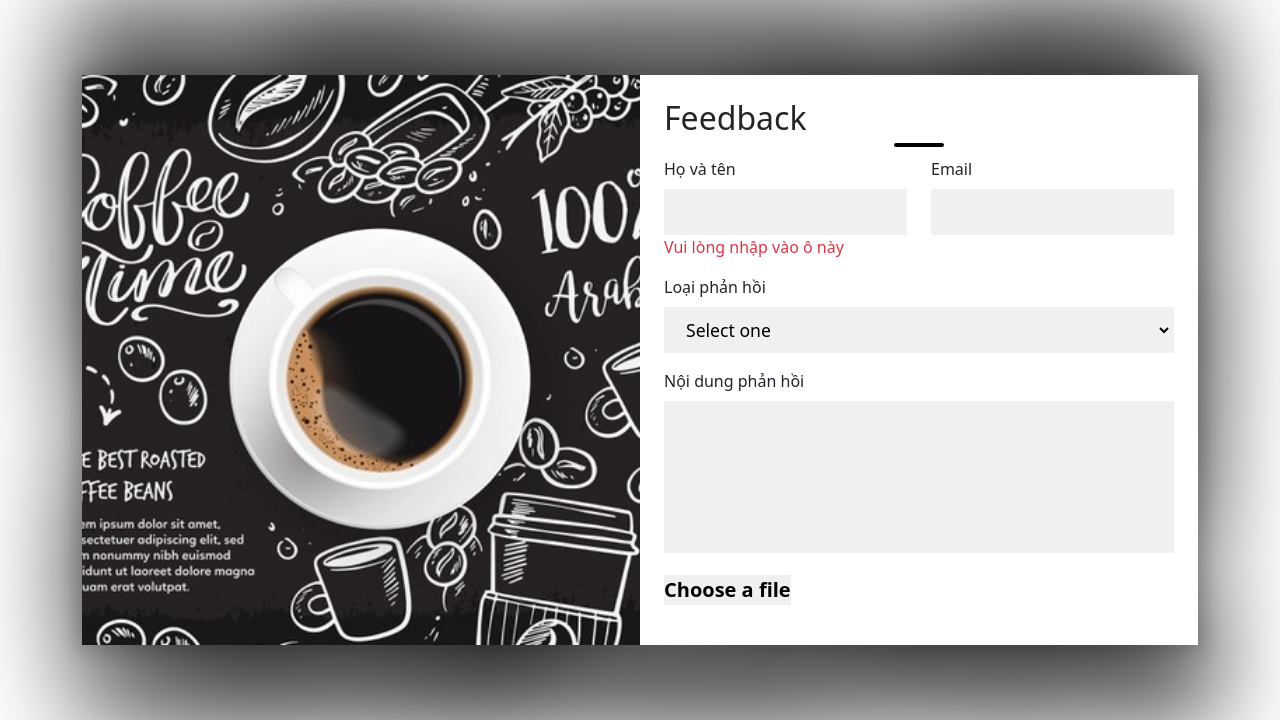
Repository: LeDongGyC/html-css
Page: HTML CSS/prototype/index.html
An editor plug-in stored every save of this project. The page is shown before and after a run of saves, followed by the edit.
The browser window is 1280 px wide. The pictures show the whole page.
The style sheet was rebuilt from its Sass, Less or Tailwind sources for each picture, by a compiler version that may differ from the author's.

Above is the page before, as saved 2023-05-24 10:46:46.

### HTML CSS/prototype/index.html
<!doctype html>
<html lang="en">

<head>
  <title>Title</title>
  <!-- Required meta tags -->
  <meta charset="utf-8">
  <meta name="viewport" content="width=device-width, initial-scale=1, shrink-to-fit=no">
  <link rel="stylesheet" href="style.css">
  <link rel="stylesheet" href="reset.css">
  <!-- <script src="index.js"></script> Bootstrap CSS v5.2.1 -->
  <script>
    var inputs = document.querySelectorAll('.inputfile');
    Array.prototype.forEach.call(inputs, function (input) {
      var label = input.nextElementSibling,
        labelVal = label.innerHTML;
      input.addEventListener('change', function (e) {
        var fileName = '';
        if (this.files && this.files.length > 1)
          fileName = (this.getAttribute('data-multiple-caption') || '').replace('{count}', this.files.length);
        else
          fileName = e.target.value.split('\\').pop();

        if (fileName)
          label.querySelector('span').innerHTML = fileName;
        else
          label.innerHTML = labelVal;
      });
    });
  </script>
  <link href="https://cdn.jsdelivr.net/npm/bootstrap@5.2.1/dist/css/bootstrap.min.css" rel="stylesheet"
    integrity="sha384-iYQeCzEYFbKjA/T2uDLTpkwGzCiq6soy8tYaI1GyVh/UjpbCx/TYkiZhlZB6+fzT" crossorigin="anonymous">

</head>

<body>
  <div class="container">
    <div class="feedback-box">
      <div class="feedback-box_left"></div>
      <div class="feedback-box_right">
        <h2 class="feedback-box_right-title">Feedback</h2>
        <div class="row">
          <div class="mb-3 col-md-6">
            <label for="name" class="form-label">Họ và tên</label>
            <input type="text" class=" feedback-box_right-item" name="" id="name" aria-describedby="helpId"
              placeholder="">
              <span class="text-danger">Vui lòng nhập vào ô này</span>
          </div>
          <div class="mb-3 col-md-6">
            <label for="email" class="form-label">Email</label>
            <input type="text" class=" feedback-box_right-item" name="" id="email" aria-describedby="helpId"
              placeholder="">
          </div>
        </div>

        <div class="mb-3">
          <label for="typeFeedback" class="form-label">Loại phản hồi</label>
          <select class="feedback-box_right-item " name="" id="typeFeedback">
            <option selected disabled>Select one</option>
            <option value="" class="feedback-box_right-item-selected">Option 1</option>
            <option value="" class="feedback-box_right-item-selected">Option 2</option>
            <option value="" class="feedback-box_right-item-selected">Option 3</option>
          </select>
        </div>
        <div class="mb-3">
          <label for="feedback" class="form-label">Nội dung phản hồi</label>
          <textarea type="" class=" feedback-box_right-item" name="" id="feedback" aria-describedby="helpId"
            placeholder="" rows="5"></textarea>
        </div>
        <div class="mb-3">
          <input type="file" name="file" id="file" class="inputfile" data-multiple-caption="{count} files selected"
            multiple />
          <label for="file">Choose a file</label>
        </div>
      </div>
    </div>
  </div>
  <!-- Bootstrap JavaScript Libraries -->
  <!-- <script src="https://cdn.jsdelivr.net/npm/@popperjs/core@2.11.6/dist/umd/popper.min.js"
    integrity="sha384-oBqDVmMz9ATKxIep9tiCxS/Z9fNfEXiDAYTujMAeBAsjFuCZSmKbSSUnQlmh/jp3" crossorigin="anonymous">
    </script>

  <script src="https://cdn.jsdelivr.net/npm/bootstrap@5.2.1/dist/js/bootstrap.min.js"
    integrity="sha384-7VPbUDkoPSGFnVtYi0QogXtr74QeVeeIs99Qfg5YCF+TidwNdjvaKZX19NZ/e6oz" crossorigin="anonymous">
    </script> -->
</body>

</html>

### HTML CSS/prototype/style.scss
* {
  box-sizing: border-box;
}
html {
  font-size: 62.5%;
}
body {
  font-size: 1.6rem;
  font-family: "Arial", sans-serif;
  font-weight: normal;
  height: 100vh;
  width: 100%;
}
.container {
  position: relative;
  width: 100%;
  height: 100%;
  display: flex;
  justify-content: center;
  align-items: center;
  padding: 2rem 10rem;
  &::after {
    position: sticky;
    content: "";
    position: absolute;
    width: 100%;
    height: 100%;
    left: 0;
    top: 0;
    background: url("cafe.jpg") no-repeat center;
    background-size: cover;
    filter: blur(50px);
    z-index: -1;
  }
}
.feedback-box {
  max-width: 85rem;
  // min-width: 70vw;
  display: grid;
  grid-template-columns: repeat(2, 1fr);
  justify-content: center;
  // align-items: center;
  // text-align: center;
  background-color: #fff;
  box-shadow: 0px 0px 19px 5px rgba(0, 0, 0, 0.19);
  &_left {
    background: url("cafe.jpg") no-repeat center;
    display: block;
    background-size: cover;
    // object-fit: cover;
    height: 100%;
  }
  &_right {
    padding: 1.5rem;
    &-title {
      position: relative;
      padding: 0 0 10px;
      margin-bottom: 10px;
      &::after {
        content: "";
        position: absolute;
        left: 50%;
        bottom: 0;
        transform: translateX(-50%);
        height: 4px;
        width: 50px;
        border-radius: 2px;
        background-color: black;
      }
    }
    &-item {
      width: 100%;
      border: 2px solid rgba(0, 0, 0, 0);
      outline: none;
      background-color: rgba(230, 230, 230, 0.6);
      padding: 0.5rem 1rem;
      font-size: 1.1rem;
      //   margin-bottom: 22px;
      transition: 0.3s;
      &:hover {
        background-color: rgba(0, 0, 0, 0.1);
      }
      &:focus {
        border: 2px solid rgba(30, 85, 250, 0.47);
        background-color: #fff;
      }
      &:last-child {
        resize: none;
      }
    }
  }
}
.inputfile {
  width: 0.1px;
  height: 0.1px;
  opacity: 0;
  overflow: hidden;
  position: absolute;
  z-index: -1;
}
.inputfile + label {
  font-size: 1.25em;
  font-weight: 700;
  color: black;
  background-color: rgba(230, 230, 230, 0.6);
  display: inline-block;
  cursor: pointer;
}

.inputfile:focus + label,
.inputfile + label:hover {
  color: rgba(30, 85, 250, 0.47);
  background-color: rgba(0, 0, 0, 0.1);
}

Loaded but not shown: HTML CSS/prototype/reset.css (common file)

After the next 5 saves:
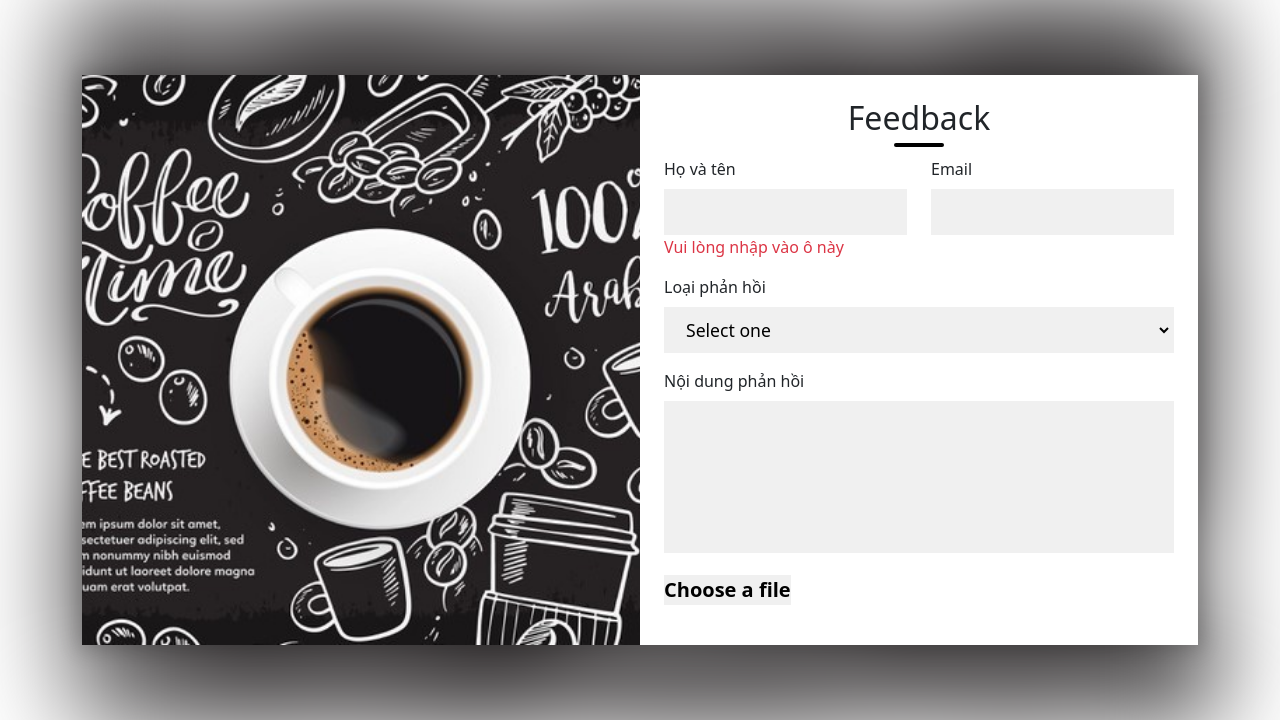
The 5 saves are shown as one change because they came seconds apart.
The last was saved 23 s later.
--- a/HTML CSS/prototype/style.scss
+++ b/HTML CSS/prototype/style.scss
@@ -54,6 +54,8 @@ body {
     padding: 1.5rem;
     &-title {
       position: relative;
+      align-items: center;
+      text-align: center;
       padding: 0 0 10px;
       margin-bottom: 10px;
       &::after {
